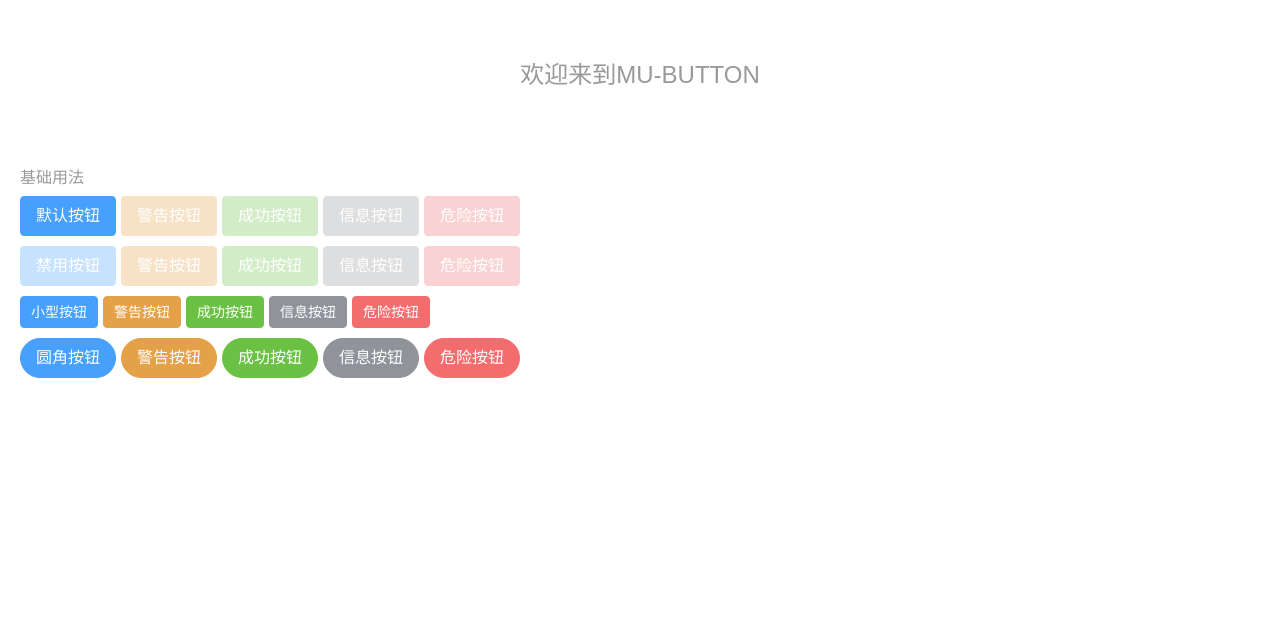
Repository: HuoXiaoYe/huoxiaoye_mumu
Page: /
The author's editor kept a copy of each file at every save. The page is drawn from the files as they stood at one save, then again after a run of saves.
The browser window is 1280 px wide. The pictures show the whole page.
The project was rebuilt for these pictures with package versions that can differ from the ones it lists, and the page was loaded fresh each time.

Above is the page before, as saved 2020-07-04 18:49:55.

### src/App.tsx
import React from 'react';
import './App.css';
import "@/assets/less/reset.less"
import ButtonWrap from "./pages/buttonWrap/buttonWrap"

function App() {
  return (
    <div className="App">
      <ButtonWrap />
    </div>
  );
}

export default App;

### src/pages/buttonWrap/buttonWrap.tsx
import React,{useState} from "react"
import "./index.less"
import MUButton from "../../components/button/button"
import Title from "../components/title/title"
import {ButtonType} from "@/tsconfig/MUButton"


interface Ibutton {
    type:ButtonType,
    value:string
}




const BUTTONDESC:string[] = ['基础用法','禁用按钮','小型按钮','圆角按钮'];
const getNode:(item:Ibutton,n:number)=>React.ReactNode = (item,n)=> {
    switch(n){
        case 0:
            return  <li key={item.type}><MUButton type={item.type}>{item.value}</MUButton></li>;
        case 1:
            return  <li key={item.type}><MUButton type={item.type} disabled={true}>{item.value}</MUButton></li>
        case 2:
            return <li key={item.type}><MUButton type={item.type} size="small">{item.value}</MUButton></li>;
        case 3:
            return <li key={item.type}><MUButton circle={true} type={item.type}>{item.value}</MUButton></li>;
    }

}

function ButtonWrap() {
    const [buttonList] = useState<Ibutton[]>([
        {
            type:"warning",
            value:"警告按钮"
        },
        {
            type:"success",
            value:"成功按钮"
        },
        {
            type:"info",
            value:"信息按钮"
        },
        {
            type:"danger",
            value:"危险按钮"
        }
    ])
    function handleClick(q?:number,w?:number,e?:number){
        console.log('q',q)
        console.log('w',w)
        console.log('e',e)
    }
    return (
        <div className="button-wrap">
            <Title type="first">MU-BUTTON</Title>
            <div className="button-item">
                <Title type="second">基础用法</Title>

                {
                    BUTTONDESC.map((item,index)=>{

                    })
                }



                <ul>
                    <li><MUButton>默认按钮</MUButton></li>
                    {
                        buttonList.map((item)=>{
                            return (
                                getNode(item,1)
                            )
                        })
                    }
                </ul>
                <ul>
                <li><MUButton disabled={true}>禁用按钮</MUButton></li>
                    {
                        buttonList.map((item)=>{
                            return (
                            <li key={item.type}><MUButton type={item.type} disabled={true}>{item.value}</MUButton></li>
                            )
                        })
                    }
                </ul>

                <ul>
                    <li><MUButton size="small">小型按钮</MUButton></li>
                    {
                        buttonList.map((item)=>{
                            return (
                                <li key={item.type}><MUButton type={item.type} size="small">{item.value}</MUButton></li>
                            )
                        })
                    }
                </ul>


                <ul>
                    <li><MUButton circle={true} onClick={handleClick}>圆角按钮</MUButton></li>
                    {
                        buttonList.map((item)=>{
                            return (
                            <li key={item.type}><MUButton circle={true} type={item.type}>{item.value}</MUButton></li>
                            )
                        })
                    }
                </ul>
            </div>

        </div>
    )
}

export default ButtonWrap

### src/pages/buttonWrap/index.less
@import '@/assets/less/common.less';

.button-wrap{

    .button-item{
        padding: 20px;

        ul{
            margin-top: 5px;
            display: flex;
            flex-wrap: wrap;
            li{
                margin-right: 5px;
                margin-top: 5px;
            }
        }
    }
}

### src/components/button/button.tsx
import React, { useEffect,useState } from 'react'
import { IProps } from "@/tsconfig/MUButton"
import "./index.less"




function MUButton(props: IProps) {
    const [btnClass,setBtnClass] = useState<string[]>(['mu-button'])
    useEffect(() => {
        let tempBtnClass:string[] = []
        if(props.type){
            tempBtnClass.push('mu-' + props.type)
        }else{
            tempBtnClass.push('mu-primary')
        }
        if(props.size){
            tempBtnClass.push('mu-' + props.size)
        }else{
            tempBtnClass.push('mu-normal')
        }
        if(props.disabled){
            tempBtnClass.push('mu-disabled')
        }
        if(props.circle){
            tempBtnClass.push('mu-circle')
        }
        setBtnClass([...btnClass,...tempBtnClass])
    // eslint-disable-next-line react-hooks/exhaustive-deps
    },[props])
    const handleClick = (e: React.MouseEvent<HTMLButtonElement | HTMLAnchorElement, MouseEvent>) => {
        const { onClick } = props;
        if (props.disabled) {
          return;
        }
        if (onClick) {
          (onClick as React.MouseEventHandler<HTMLButtonElement | HTMLAnchorElement>)(e);
        }
      };
    return (
        <button type="button" onClick={handleClick} className={btnClass.join(' ')} disabled={props.disabled}>
            {/* <i className="lake-loading"></i>
            <slot className="icon"></slot> */}

            {
                props.children
            }
        </button >
    )
}

export default MUButton

### src/pages/components/title/title.tsx
/* eslint-disable react-hooks/exhaustive-deps */
import React, {useState,useEffect} from "react"
import "./index.less"

type titleType = 'first' | 'second'

interface IProps {
    type : titleType,
    children?:any
}

function Title(props:IProps){
    const [,setClassName ]= useState<titleType>('first');
    useEffect(()=>{
        setClassName(props.type)
    })

    return (
        <div className="title-wrap">
            {
                props.type === 'first' ?
                <div className="firse-level">
                    欢迎来到
                    {
                        props.children
                    }
                </div>:
                <div className="second-level">
                    {
                        props.children
                    }
                </div>
            }
        </div>
    )
}

export default Title

### src/assets/less/common.less
@charset "utf-8";html{background-color:#fff;color:#000;font-size:12px}
body,ul,ol,dl,dd,h1,h2,h3,h4,h5,h6,figure,form,fieldset,legend,input,textarea,button,p,blockquote,th,td,pre,xmp{margin:0;padding:0}
body,input,textarea,button,select,pre,xmp,tt,code,kbd,samp{line-height:1.5;font-family:tahoma,arial,"Hiragino Sans GB",simsun,sans-serif}
h1,h2,h3,h4,h5,h6,small,big,input,textarea,button,select{font-size:100%}
h1,h2,h3,h4,h5,h6{font-family:tahoma,arial,"Hiragino Sans GB","微软雅黑",simsun,sans-serif}
h1,h2,h3,h4,h5,h6,b,strong{font-weight:normal}
address,cite,dfn,em,i,optgroup,var{font-style:normal}
table{border-collapse:collapse;border-spacing:0;text-align:left}
caption,th{text-align:inherit}
ul,ol,menu{list-style:none}
fieldset,img{border:0}
img,object,input,textarea,button,select{vertical-align:middle}
article,aside,footer,header,section,nav,figure,figcaption,hgroup,details,menu{display:block}
audio,canvas,video{display:inline-block;*display:inline;*zoom:1}
blockquote:before,blockquote:after,q:before,q:after{content:"\0020"}
textarea{overflow:auto;resize:vertical}
input,textarea,button,select,a{outline:0 none;border: none;}
button::-moz-focus-inner,input::-moz-focus-inner{padding:0;border:0}
mark{background-color:transparent}
a,ins,s,u,del{text-decoration:none}
sup,sub{vertical-align:baseline}
html {overflow-x: hidden;height: 100%;font-size: 50px;-webkit-tap-highlight-color: transparent;}
body {font-family: Arial, "Microsoft Yahei", "Helvetica Neue", Helvetica, sans-serif;color: #333;font-size: .28em;line-height: 1;-webkit-text-size-adjust: none;}
hr {height: .02rem;margin: .1rem 0;border: medium none;border-top: .02rem solid #cacaca;}
a {color: #25a4bb;text-decoration: none;}

### src/components/button/index.less
@btnPrefixClass:mu;
@brand-primary:#46a0fc;
@brand-error: #e5a147;
@brand-info: #909399;
@brand-danger: #f36d6f;
.btnType(@color){
    color: #fff;
    background-color: @color;
    border-color: @color;
}
@brand-success: #6ac144;
    .@{btnPrefixClass}-button {
        display: block;
        outline: 0 none;
        box-sizing: border-box;
        padding: 13px 15px;
        text-align: center;
        font-size: 16px;
        // width: 100%;
        min-width: 64px;
        height: 48px;
        line-height: 22px;
        overflow: hidden;
        text-overflow: ellipsis;
        word-break: break-word;
        white-space: nowrap;
        color: #333;
        background-color: #fff;
        border: 1px solid #D8DEE6;
        border-radius: 4px;
        user-select: none;
        -webkit-tap-highlight-color: rgba(0, 0, 0, 0);
        -webkit-appearance: none;
        -webkit-font-smoothing: antialiased;
    }
    .mu-primary {
        color: #fff;
        background-color: @brand-primary;
        border-color: @brand-primary;
        line-height: 48px;
    }
    .mu-warning {
        color: #fff;
        background-color: @brand-error;
        border-color: @brand-error;
    }
    .mu-success{
        color: #fff;
        background-color: @brand-success;
        border-color: @brand-success;
    }
    .mu-info{
        .btnType(@brand-info)
    }
    .mu-danger{
        .btnType(@brand-danger)
    }
    .mu-outline {
        color: @brand-primary;
        background-color: #fff;
        border-color: #008DFC;
    }
    .mu-small {
        font-size: 14px;
        height: 32px;
        line-height: 20px;
        padding: 5px 10px;
    }

    .mu-normal {
        font-size: 16px;
        height: 40px;
        line-height: 22px;
        padding: 8px 15px;
    }

    .mu-inline {
        display: inline-block;
        vertical-align: top;
        width: auto;
    }
    .mu-loading {
        display: flex;
        align-items: center;
        justify-content: center;
    }
    .mu-disabled{
        opacity: 0.3;
    }
    .mu-circle{
        border-radius: 20px;
    }
    .mu-loading {
        display: block;
        width: 12px;
        height: 12px;
        margin-right: 6px;
        border: 2px solid #e8e8e8;
        border-top-color: #c5c5c5;
        border-radius: 100%;
        animation: rotation 0.5s linear 0s infinite;
    }

    @keyframes rotation {
        from {
            transform: rotate(0deg);
        }
        to {
            transform: rotate(359deg);
        }
    }

### src/pages/components/title/index.less
.title-wrap{
    .firse-level{
        height: 150px;
        line-height: 150px;
        font-size: 24px;
        color: #999;
        text-align: center;
    }
    .second-level{
        font-size:16px;
        color: #999;
        text-align: left;
    }
}

Loaded but not shown: public/index.html (common file); src/index.tsx (common file); src/index.css (common file); src/App.css (common file); src/assets/less/reset.less (common file)

After the next 2 saves:
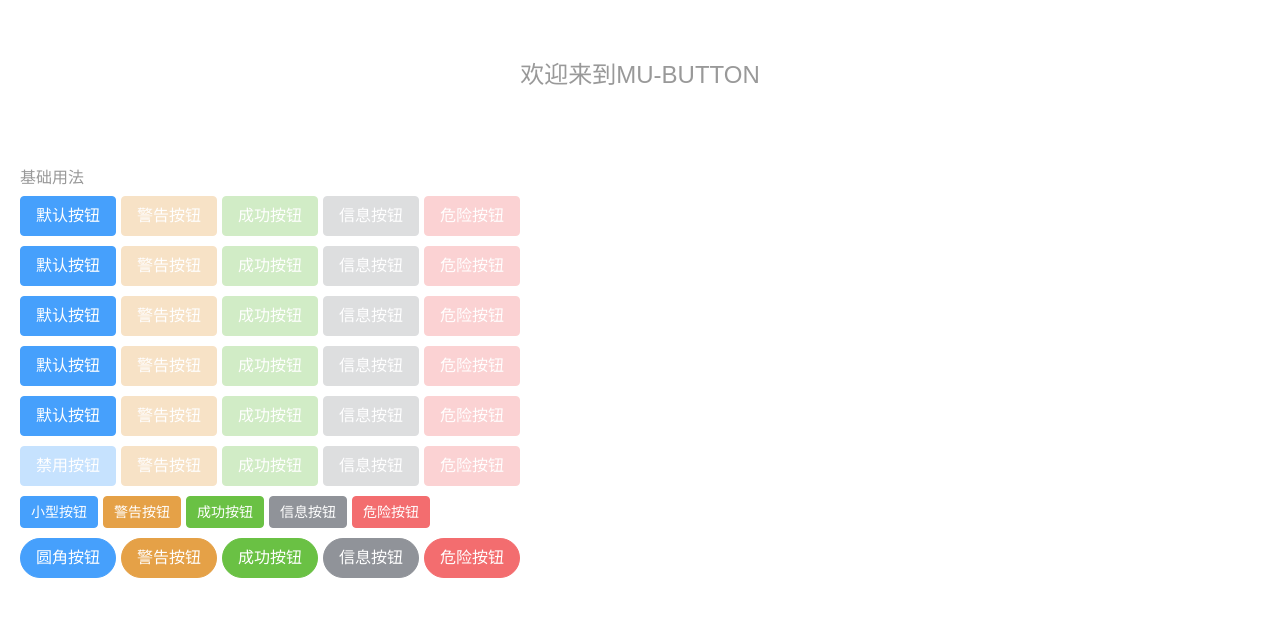
The 2 saves are shown as one change because they came seconds apart.
The last was saved 24 s later.
--- a/src/pages/buttonWrap/buttonWrap.tsx
+++ b/src/pages/buttonWrap/buttonWrap.tsx
@@ -1,25 +1,25 @@
-import React,{useState} from "react"
+import React, { useState } from "react"
 import "./index.less"
 import MUButton from "../../components/button/button"
 import Title from "../components/title/title"
-import {ButtonType} from "@/tsconfig/MUButton"
+import { ButtonType } from "@/tsconfig/MUButton"
 
 
 interface Ibutton {
-    type:ButtonType,
-    value:string
+    type: ButtonType,
+    value: string
 }
 
 
 
 
-const BUTTONDESC:string[] = ['基础用法','禁用按钮','小型按钮','圆角按钮'];
-const getNode:(item:Ibutton,n:number)=>React.ReactNode = (item,n)=> {
-    switch(n){
+const BUTTONDESC: string[] = ['基础用法', '禁用按钮', '小型按钮', '圆角按钮'];
+const getNode: (item: Ibutton, n: number) => React.ReactNode = (item, n) => {
+    switch (n) {
         case 0:
-            return  <li key={item.type}><MUButton type={item.type}>{item.value}</MUButton></li>;
+            return <li key={item.type}><MUButton type={item.type}>{item.value}</MUButton></li>;
         case 1:
-            return  <li key={item.type}><MUButton type={item.type} disabled={true}>{item.value}</MUButton></li>
+            return <li key={item.type}><MUButton type={item.type} disabled={true}>{item.value}</MUButton></li>
         case 2:
             return <li key={item.type}><MUButton type={item.type} size="small">{item.value}</MUButton></li>;
         case 3:
@@ -31,26 +31,26 @@ const getNode:(item:Ibutton,n:number)=>React.ReactNode = (item,n)=> {
 function ButtonWrap() {
     const [buttonList] = useState<Ibutton[]>([
         {
-            type:"warning",
-            value:"警告按钮"
+            type: "warning",
+            value: "警告按钮"
         },
         {
-            type:"success",
-            value:"成功按钮"
+            type: "success",
+            value: "成功按钮"
         },
         {
-            type:"info",
-            value:"信息按钮"
+            type: "info",
+            value: "信息按钮"
         },
         {
-            type:"danger",
-            value:"危险按钮"
+            type: "danger",
+            value: "危险按钮"
         }
     ])
-    function handleClick(q?:number,w?:number,e?:number){
-        console.log('q',q)
-        console.log('w',w)
-        console.log('e',e)
+    function handleClick(q?: number, w?: number, e?: number) {
+        console.log('q', q)
+        console.log('w', w)
+        console.log('e', e)
     }
     return (
         <div className="button-wrap">
@@ -59,8 +59,17 @@ function ButtonWrap() {
                 <Title type="second">基础用法</Title>
 
                 {
-                    BUTTONDESC.map((item,index)=>{
-
+                    BUTTONDESC.map((item, index) => {
+                        return <ul>
+                            <li><MUButton>默认按钮</MUButton></li>
+                            {
+                                buttonList.map((item) => {
+                                    return (
+                                        getNode(item, 1)
+                                    )
+                                })
+                            }
+                        </ul>
                     })
                 }
 
@@ -69,19 +78,19 @@ function ButtonWrap() {
                 <ul>
                     <li><MUButton>默认按钮</MUButton></li>
                     {
-                        buttonList.map((item)=>{
+                        buttonList.map((item) => {
                             return (
-                                getNode(item,1)
+                                getNode(item, 1)
                             )
                         })
                     }
                 </ul>
                 <ul>
-                <li><MUButton disabled={true}>禁用按钮</MUButton></li>
+                    <li><MUButton disabled={true}>禁用按钮</MUButton></li>
                     {
-                        buttonList.map((item)=>{
+                        buttonList.map((item) => {
                             return (
-                            <li key={item.type}><MUButton type={item.type} disabled={true}>{item.value}</MUButton></li>
+                                <li key={item.type}><MUButton type={item.type} disabled={true}>{item.value}</MUButton></li>
                             )
                         })
                     }
@@ -90,7 +99,7 @@ function ButtonWrap() {
                 <ul>
                     <li><MUButton size="small">小型按钮</MUButton></li>
                     {
-                        buttonList.map((item)=>{
+                        buttonList.map((item) => {
                             return (
                                 <li key={item.type}><MUButton type={item.type} size="small">{item.value}</MUButton></li>
                             )
@@ -102,9 +111,9 @@ function ButtonWrap() {
                 <ul>
                     <li><MUButton circle={true} onClick={handleClick}>圆角按钮</MUButton></li>
                     {
-                        buttonList.map((item)=>{
+                        buttonList.map((item) => {
                             return (
-                            <li key={item.type}><MUButton circle={true} type={item.type}>{item.value}</MUButton></li>
+                                <li key={item.type}><MUButton circle={true} type={item.type}>{item.value}</MUButton></li>
                             )
                         })
                     }
